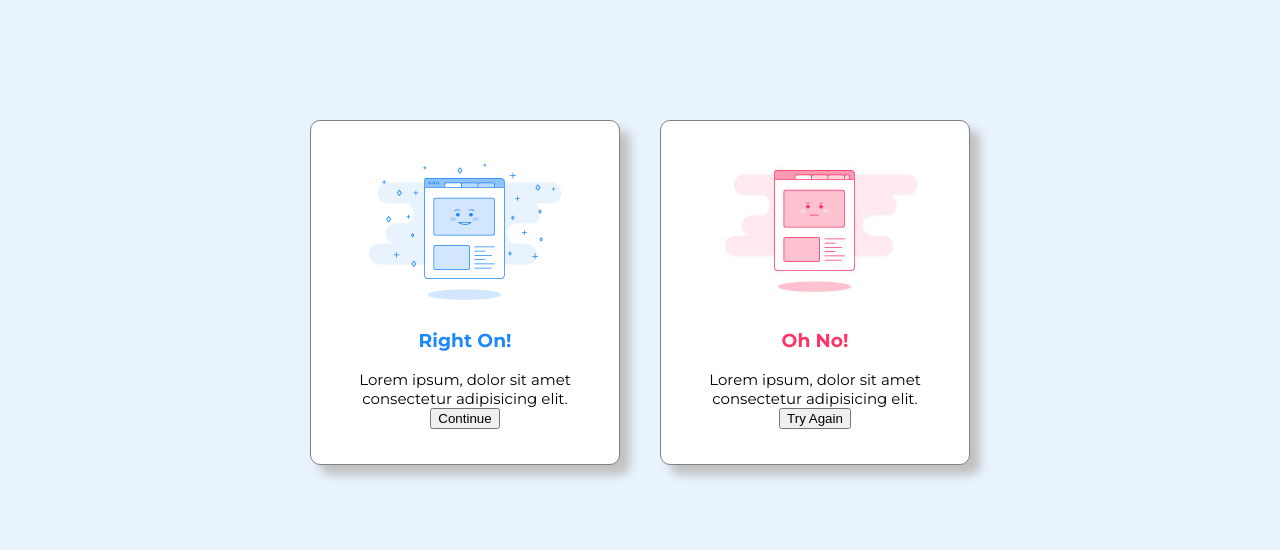
Repository: giahuy405/flash_message_BEM
Page: index.html
The author's editor kept a copy of each file at every save. The page is drawn from the files as they stood at one save, then again after the next save.
The browser window is 1280 px wide. The pictures show the whole page.

Above is the page before, as saved 2022-09-06 02:37:41.

After the next save:
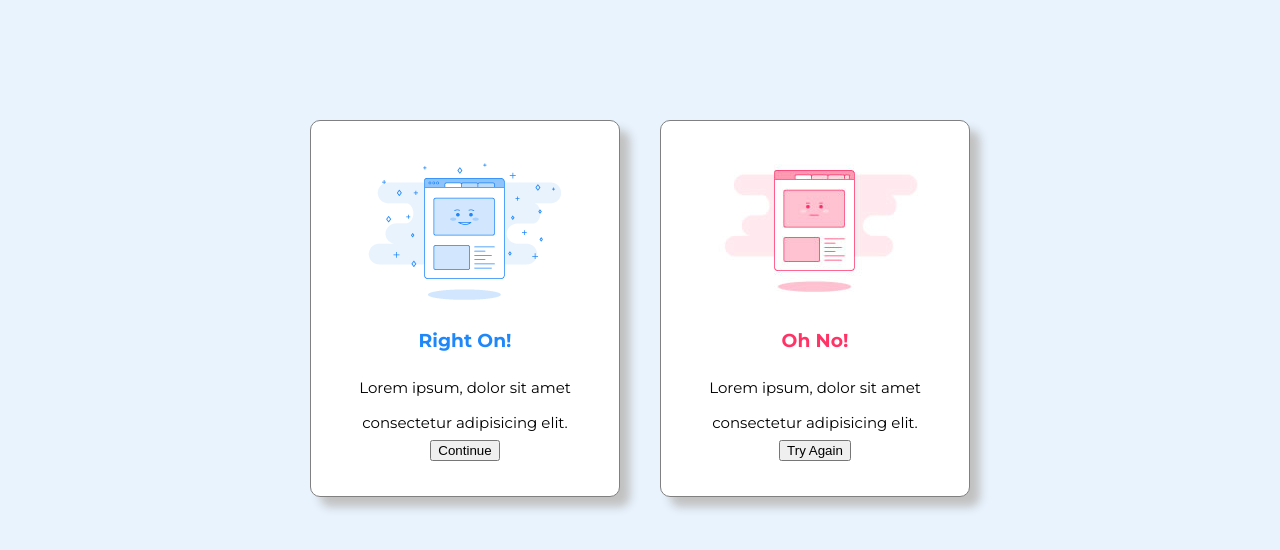
Saved 6 s later.
--- a/css/index.css
+++ b/css/index.css
@@ -37,5 +37,5 @@ body{
 }
 .flash-message__desc{
     font-size: 15px;
-
+    line-height: 35px;
 }
